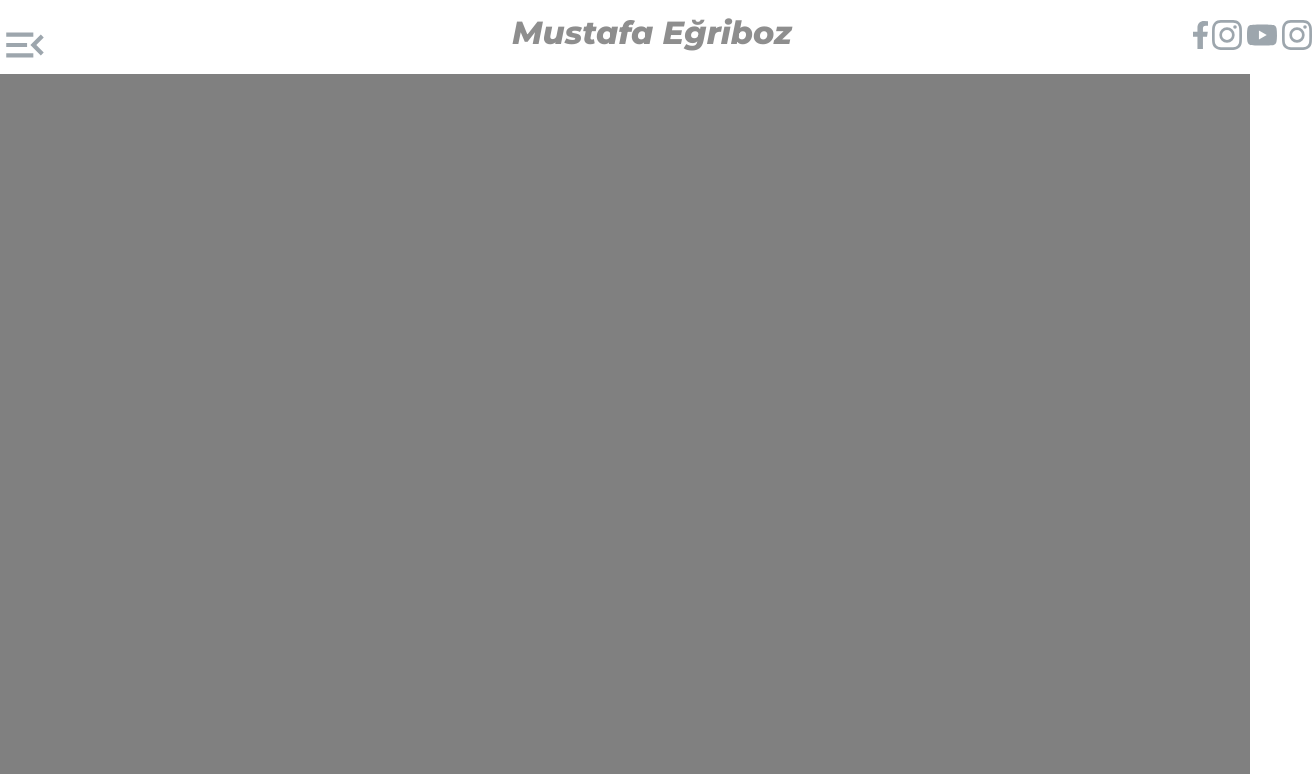
Repository: CengoCengo/m.e-gallery-web-site
Page: index.html
These files come from the project's save history. The page is drawn as it stood at one moment and after the next save; the edit follows.
The browser window is 1280 px wide. The page is 1312 px wide, then 1280 px, so the pictures cover 1312 px, including what lies to the right of the window. The pictures show the whole page.

Above is the page before, as saved 2021-02-06 14:50:27.
Console error: TypeError: Cannot read properties of null (reading 'style')

After the next save:
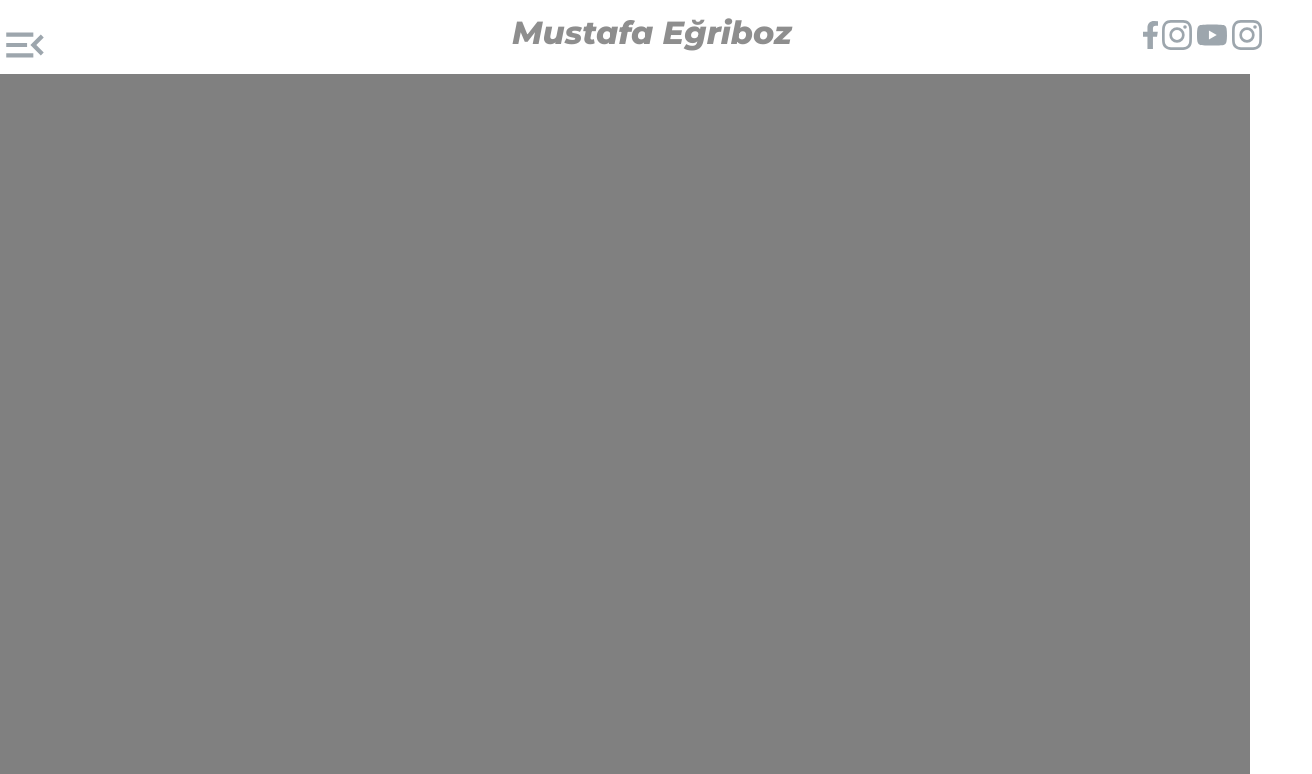
Saved 8 s later.
--- a/styles/style.css
+++ b/styles/style.css
@@ -41,7 +41,7 @@
     position: relative;
     width: 100%;
     left: 85%;
-    padding-left: 50px;
+
 
 
 }
